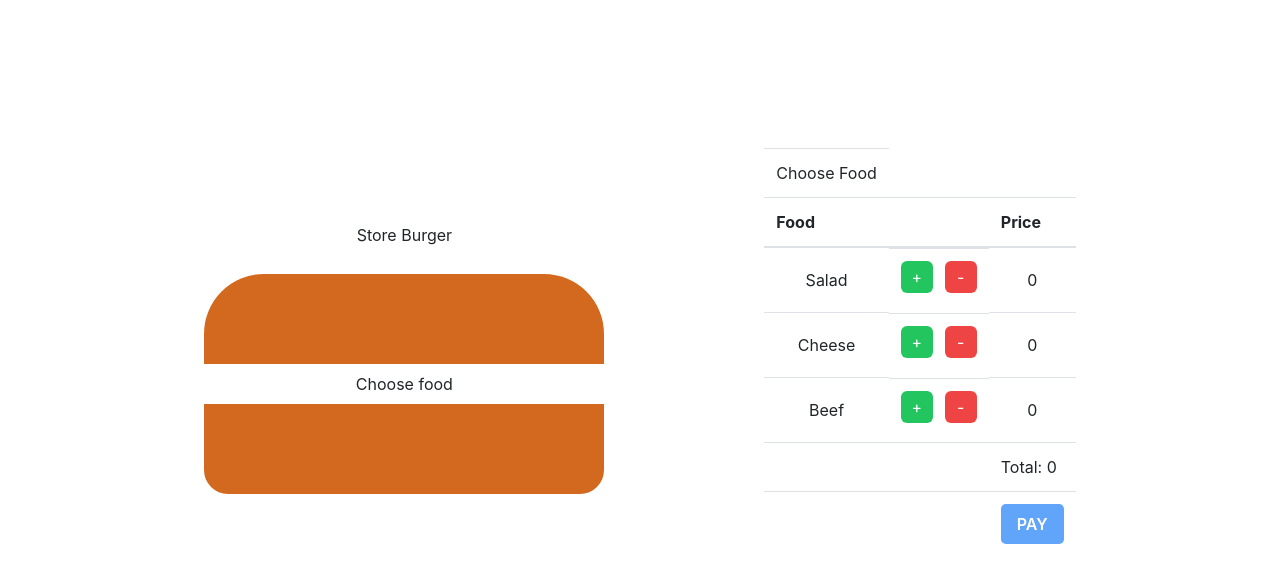
Repository: baobaodeveloper/bootcamp21_HuynhAnhBao_Burger
Page: /
These files come from the project's save history. The page is drawn as it stood at one moment and after the next save; the edit follows.
The browser window is 1280 px wide. The pictures show the whole page.
The project was rebuilt for these pictures with package versions that can differ from the ones it lists, and the page was loaded fresh each time. Also part of the build but not shown: vite.config.js.

Above is the page before, as saved 2022-05-15 19:06:48.

After the next save:
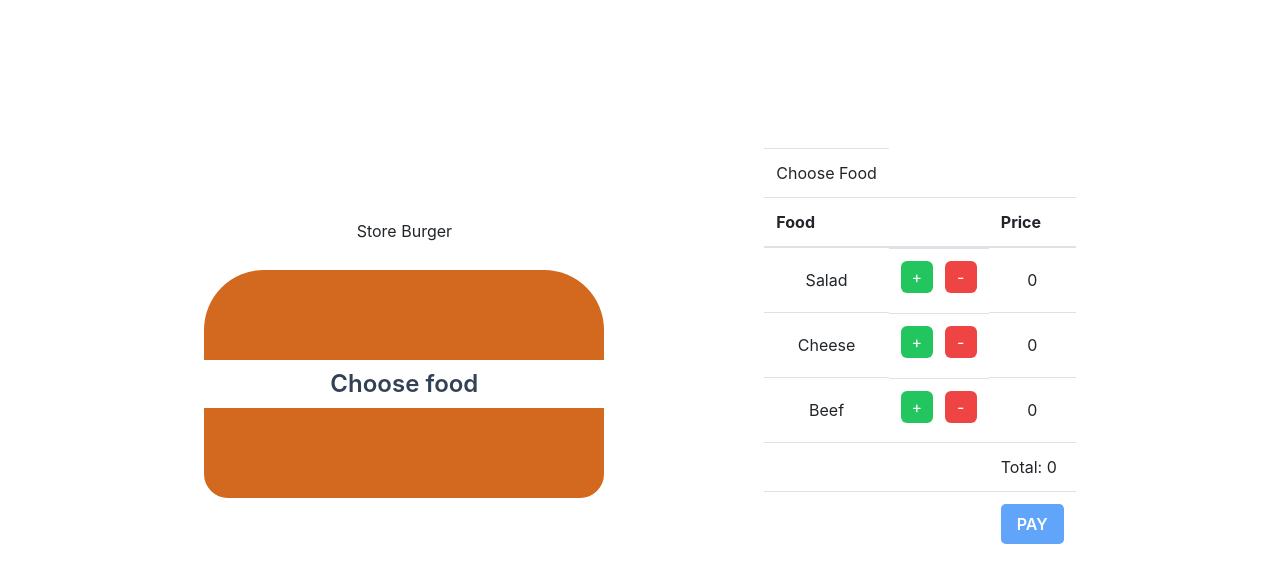
Saved 55 s later.
--- a/src/components/dataBuger/Burger.jsx
+++ b/src/components/dataBuger/Burger.jsx
@@ -26,7 +26,11 @@ export default function Burger() {
           <div className="bg-[#D2691E] w-full h-[30px] relative">
             <div className="bg-[#D2691E] w-full h-[60px] absolute top-0 left-0 -translate-y-[60px] rounded-tl-full rounded-tr-full"></div>
           </div>
-          {dataRenderFood.length === 0 && <p>Choose food</p>}
+          {dataRenderFood.length === 0 && (
+            <p className="rounded-t-none text-slate-700 text-2xl font-semibold">
+              Choose food
+            </p>
+          )}
 
           {dataRenderFood.length > 0 &&
             dataRenderFood.map((item, i) => (
